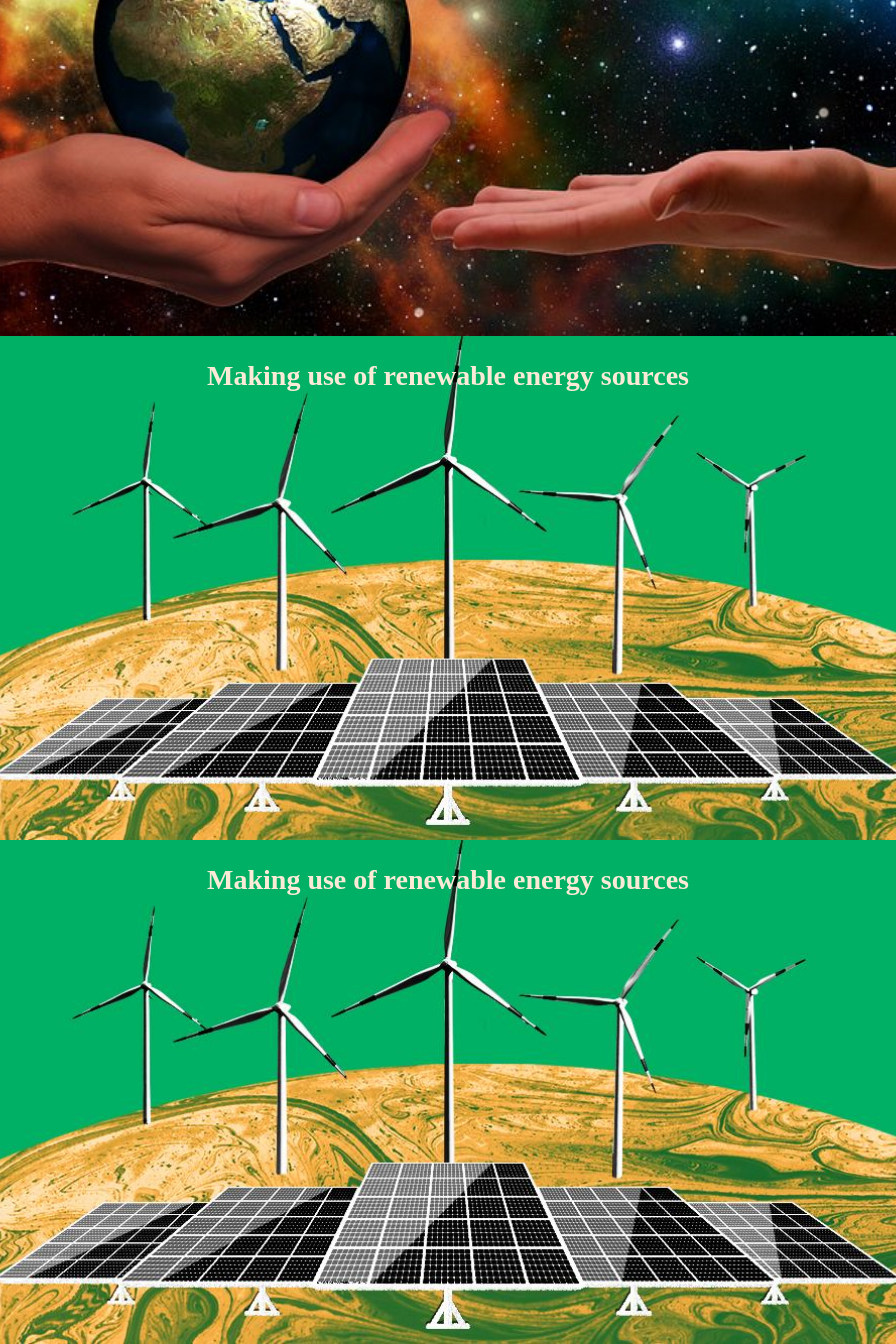
Repository: NavinDayanithi/static-web-design-competition
Page: index.html
These files come from the project's save history. The page is drawn as it stood at one moment and after a run of saves; the edit follows.
The browser window is 1280 px wide. The pictures show the part of the page from y = 2480 to 4400 px (the page is 4400 px tall), at 70% of full size.
Backgrounds fixed to the window are drawn as part of the page.

Above is the page before, as saved 2023-04-28 20:26:47.

After the next 2 saves:
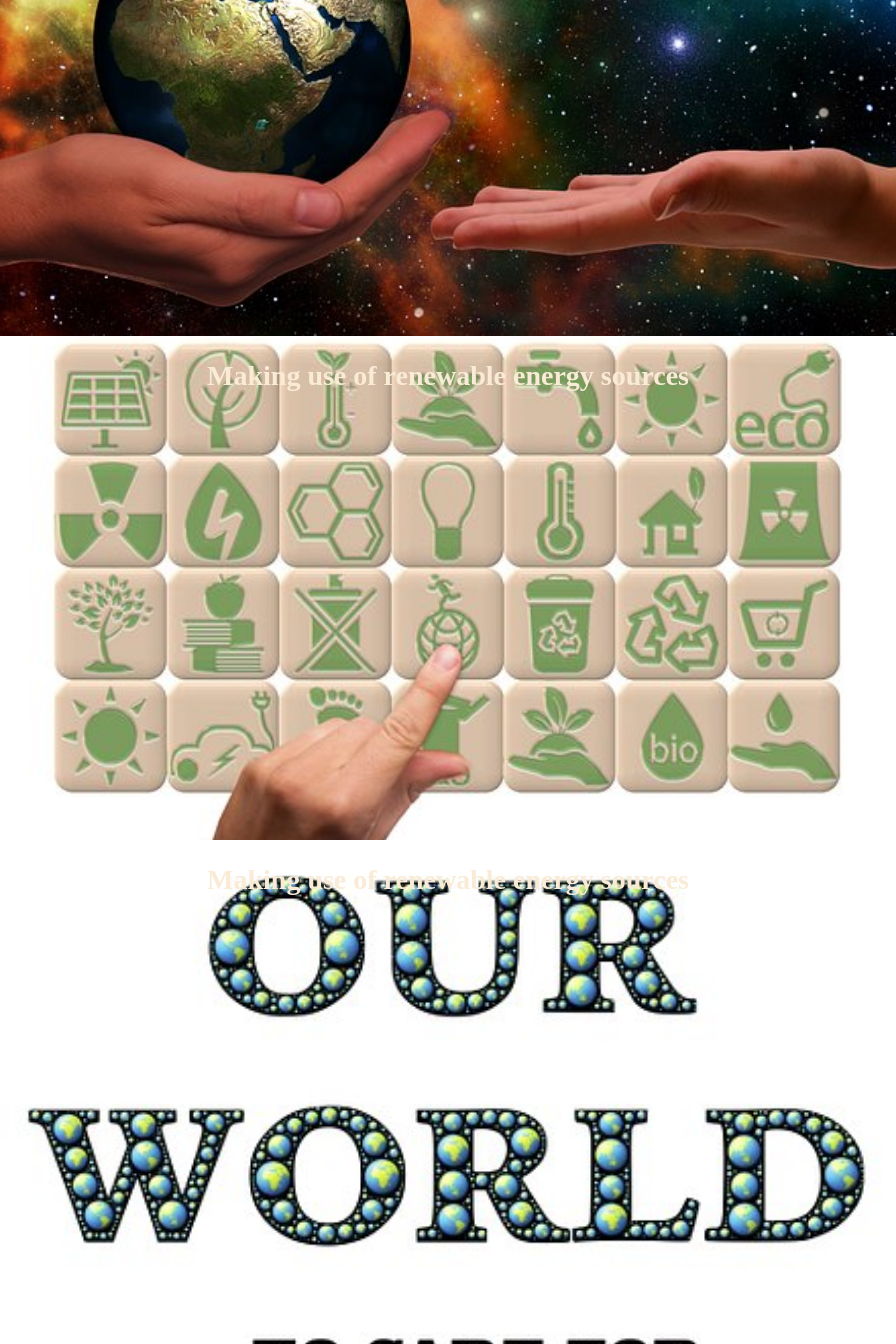
The 2 saves are shown as one change because they came seconds apart.
The last was saved 5 min 16 s later.
--- a/styles.css
+++ b/styles.css
@@ -65,7 +65,7 @@ head{
 .box5{
     height: 100vh;
     width:100%;
-    background-image: url(img1.jpg);
+    background-image: url(img5.jpg);
     background-size: cover;
     background-position: center;
     display: table;
@@ -75,7 +75,7 @@ head{
 .box6{
     height: 100vh;
     width:100%;
-    background-image: url(img1.jpg);
+    background-image: url(img6.jpg);
     background-size: cover;
     background-position: center;
     display: table;
